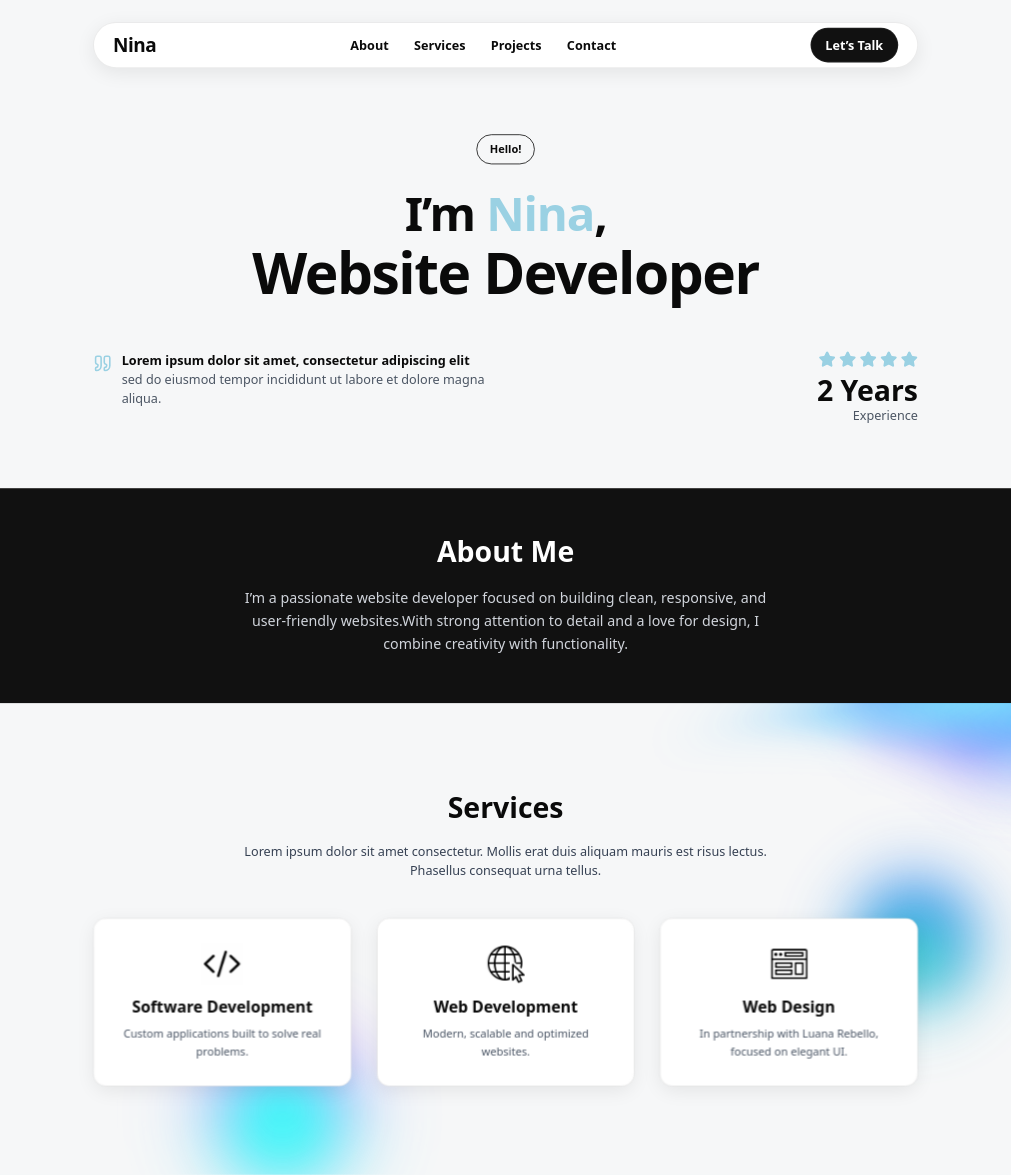
Repository: nina-rebello/portfolio
Page: /
An editor plug-in stored every save of this project. The page is shown before and after the next save, followed by the edit.
The browser window is 1280 px wide. The pictures show the whole page, at 79% of full size.
The project was rebuilt for these pictures with package versions that can differ from the ones it lists, and the page was loaded fresh each time. The framework's server and built-in components were replaced by stand-ins that run in the browser. Also part of the build but not shown: next.config.ts.

Above is the page before, as saved 2025-09-11 16:05:33.

### app/page.tsx
// app/page.tsx
import Header from "@/components/header/Header";
import AboutMe from "@/components/sections/About";
import Hero from "@/components/sections/Hero";
import Services from "@/components/sections/Services";

export default function HomePage() {
  return (
    <>
      <Header />
      <main>
        <Hero />
        <AboutMe />
        <Services />
      </main>
    </>
  );
}

### app/globals.css
@import "tailwindcss";
/* app/(styles)/header.css */
:root{
  --bg:#f6f7f8;           /* fundo clarinho do mock */
  --ink:#0a0a0a;          /* texto principal */
  --muted:#4b5563;        /* texto secundário */
  --pill:#ffffff;         /* fundo do header/cta pill */
  --brand:#9ad1e3;        /* azul do “Nina” e estrelas */
}

html,body{background:var(--bg); color:var(--ink);}

/* helpers */
.container-hero{max-width:1100px; margin-inline:auto; padding-inline:clamp(16px,3vw,28px);}
.glass{
  background:var(--pill);
  border:1px solid rgba(0,0,0,.08);
  box-shadow:0 6px 24px rgba(0,0,0,.08);
}
.btn-pill{
  border-radius:9999px; padding:10px 18px; font-weight:600;
  background:#111; color:#fff; border:1px solid rgba(255,255,255,.1);
  transition:transform .15s ease, box-shadow .15s ease, opacity .2s ease;
}
.btn-pill:hover{ transform:translateY(-1px); box-shadow:0 8px 24px rgba(0,0,0,.18);}
.nav-link{ padding:10px 14px; border-radius:12px; font-weight:600; }
.nav-link:hover{ background:rgba(0,0,0,.04); }

### components/header/Header.tsx
"use client";

import Link from "next/link";
import { useState, useEffect } from "react";
import { Menu, X } from "lucide-react";

const NAV = [
  { label: "About", href: "#about" },
  { label: "Services", href: "#services" },
  { label: "Projects", href: "#projects" },
  { label: "Contact", href: "#contact" },
];

export default function Header() {
  const [open, setOpen] = useState(false);

  // fecha o menu ao navegar/scroll
  useEffect(() => {
    const close = () => setOpen(false);
    window.addEventListener("scroll", close);
    return () => window.removeEventListener("scroll", close);
  }, []);

  return (
    <header className="sticky top-7 z-50">
      <div className="container-hero">
        <div
          className="glass flex items-center justify-between rounded-[32px] px-4 sm:px-6 py-1.5"
          role="navigation"
          aria-label="Primary"
        >
          {/* logo / nome */}
          <Link href="/" className="font-bold tracking-tight text-xl sm:text-2xl">
            Nina
          </Link>

          {/* desktop nav */}
          <nav className="hidden md:flex items-center gap-1">
            {NAV.map((i) => (
              <a key={i.href} href={i.href} className="nav-link">
                {i.label}
              </a>
            ))}
          </nav>

          {/* CTA */}
          <div className="hidden md:block">
            <a href="#contact" className="btn-pill">Let’s Talk</a>
          </div>

          {/* mobile toggle */}
          <button
            aria-label="Abrir menu"
            className="md:hidden p-2 rounded-xl hover:bg-black/5"
            onClick={() => setOpen((v) => !v)}
          >
            {open ? <X /> : <Menu />}
          </button>
        </div>

        {/* mobile sheet */}
        {open && (
          <div className="md:hidden mt-2 glass rounded-3xl p-3">
            <nav className="grid gap-1">
              {NAV.map((i) => (
                <a
                  key={i.href}
                  href={i.href}
                  className="nav-link"
                  onClick={() => setOpen(false)}
                >
                  {i.label}
                </a>
              ))}
              <a href="#contact" className="btn-pill text-center mt-1">
                Let’s Talk
              </a>
            </nav>
          </div>
        )}
      </div>
    </header>
  );
}

### components/sections/About.tsx
export default function AboutMe() {
  return (
    <section id="about" className="bg-[#111] text-white  py-11 sm:py-15 mt-4 sm:mt-20">
      <div className="container-hero text-center">
        <h2 className="text-3xl sm:text-4xl font-extrabold mb-6">
          About Me
        </h2>
        <p className="max-w-2xl mx-auto text-lg text-gray-300 leading-relaxed">
          I’m a passionate website developer focused on building
          clean, responsive, and user-friendly websites.
          {/* <br /> */}
          With strong attention to detail and a love for design,
          I combine creativity with functionality.
        </p>
      </div>
    </section>
  );
}

### components/sections/Hero.tsx
import { Quote, Star } from "lucide-react";

function HelloBubble() {
  return (
    <div className="inline-flex items-center gap-2">
      <span className="inline-flex items-center justify-center rounded-full border px-4 py-2 text-sm font-semibold">
        Hello!
      </span>
    </div>
  );
}

export default function Hero() {
  return (
    <section className="pt-20 sm:pt-28">
      <div className="container-hero">
        {/* bloco principal */}
        <div className="text-center">
          <div className="mb-6 sm:mb-8">
            <HelloBubble />
          </div>

          <p className="text-4xl sm:text-5xl md:text-6xl font-bold tracking-tight">
            I’m{" "}
            <span style={{ color: "var(--brand)" }}>
              Nina
            </span>
            ,
          </p>
          <h1 className="mt-2 text-4xl sm:text-6xl md:text-7xl font-bold tracking-tight">
            Website Developer
          </h1>
        </div>

        {/* faixa inferior: quote esquerda / rating direita */}
        <div className="mt-16 grid grid-cols-1 md:grid-cols-2 gap-8 items-start">
          {/* quote */}
          <div className="flex gap-3">
            <div className="mt-1">
              <Quote className="text-[var(--brand)]" />
            </div>
            <div>
              <p className="font-semibold">
                Lorem ipsum dolor sit amet, consectetur adipiscing elit
              </p>
              <p className="text-[var(--muted)]">
                sed do eiusmod tempor incididunt ut labore et dolore magna aliqua.
              </p>
            </div>
          </div>

          {/* rating / experiência */}
          <div className="flex md:justify-end">
            <div className="text-right">
              <div className="flex justify-end gap-1 mb-2" aria-label="5 out of 5 stars">
                {Array.from({ length: 5 }).map((_, i) => (
                  <Star key={i} className="text-[var(--brand)]" fill="currentColor" size={22} />
                ))}
              </div>
              <div className="text-3xl sm:text-4xl font-bold">2 Years</div>
              <div className="text-[var(--muted)]">Experience</div>
            </div>
          </div>
        </div>
      </div>
    </section>
  );
}

### components/sections/Services.tsx
import Image from "next/image";
import { Code, Globe, Layout } from "lucide-react";

const services = [
  {
    icon: "/icons/icons8-source-code-96.png",
    title: "Software Development",
    desc: "Custom applications built to solve real problems.",
  },
  {
    icon: "/icons/icons8-internet-100.png",
    title: "Web Development",
    desc: "Modern, scalable and optimized websites.",
  },
  {
    icon: "/icons/icons8-web-100.png",
    title: "Web Design",
    desc: "In partnership with Luana Rebello, focused on elegant UI.",
  },
];
export default function Services() {
  return (
    <section id="services" className="relative overflow-hidden py-28">
      {/* === background gradients === */}
      <div className="absolute inset-0 z-0 pointer-events-none select-none">
        <Image
          src="/gradients/light-leak-blur-transparent-free-png.png"
          alt=""
          width={1400}
          height={1000}
          className="absolute -top-82 left-200 w-[1000px] opacity-80"
          priority
        />
        <Image
          src="/gradients/blur-gradient-purple.png"
          alt=""
          width={1200}
          height={1200}
          className="absolute -bottom-40 left-[8%] w-[520px] opacity-70"
        />
        <Image
          src="/gradients/blur-gradient.png"
          alt=""
          width={600}
          height={600}
          className="absolute top-24 -right-28 w-[460px] opacity-70"
        />
      </div>

      {/* === conteúdo (fica acima do fundo) === */}
      <div className="container-hero relative z-10 text-center">
        <h2 className="text-3xl sm:text-4xl font-extrabold mb-6">Services</h2>
        <p className="max-w-2xl mx-auto mb-12 text-gray-700">
          Lorem ipsum dolor sit amet consectetur. Mollis erat duis aliquam
          mauris est risus lectus. Phasellus consequat urna tellus.
        </p>

        <div className="grid gap-8 sm:grid-cols-2 lg:grid-cols-3">
          {services.map((s) => (
            <div
              key={s.title}
              className="glass p-8 rounded-2xl backdrop-blur-md hover:shadow-xl transition"
            >
              <Image
                src={s.icon}
                alt={s.title}
                width={50}
                height={50}
                className="mx-auto mb-4"
              />
              <h3 className="font-bold text-xl mb-2">{s.title}</h3>
              <p className="text-gray-600 text-sm leading-relaxed">{s.desc}</p>
            </div>
          ))}
        </div>
      </div>
    </section>
  );
}

Loaded but not shown: app/layout.tsx (common file)

After the next save:
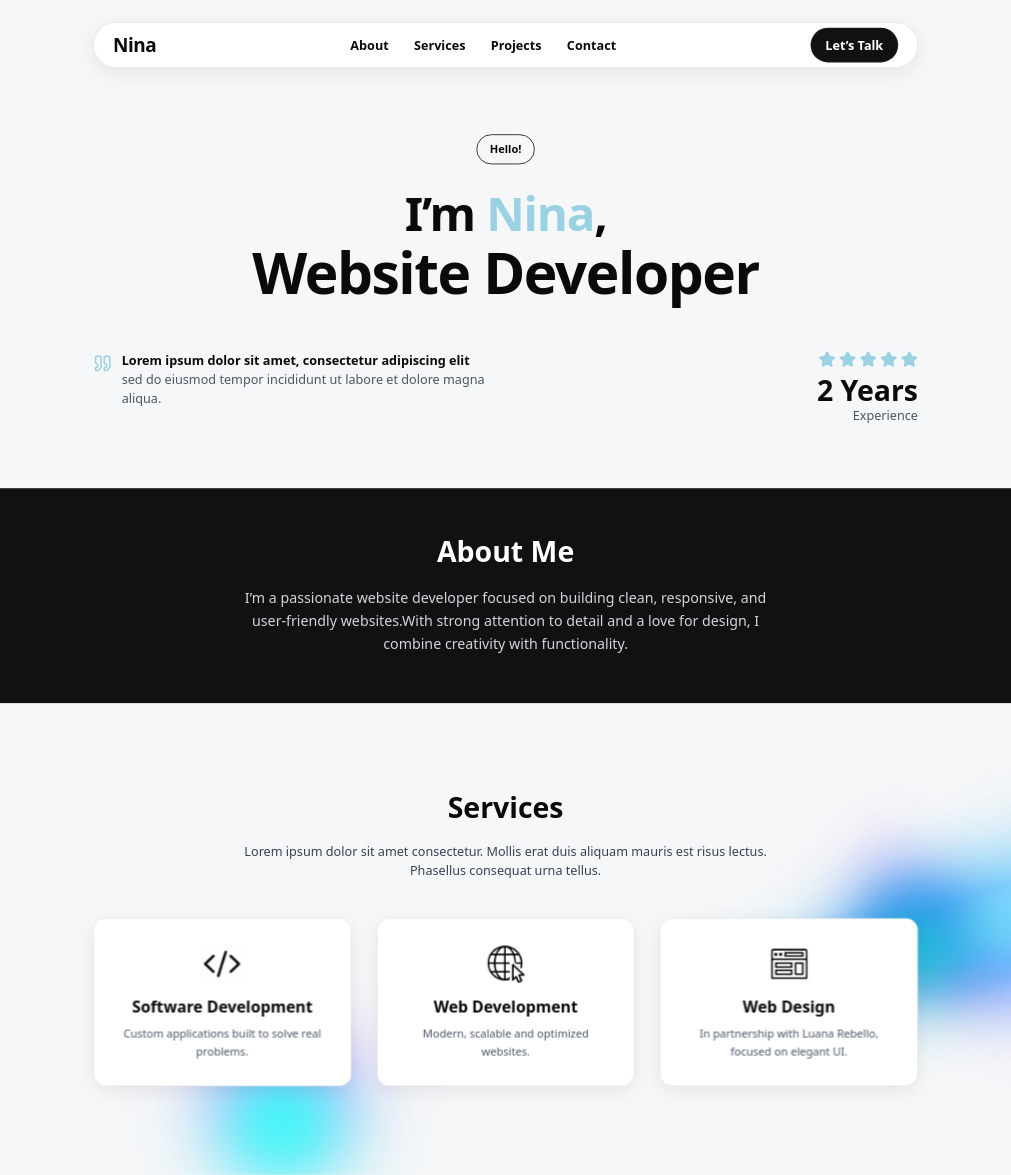
Saved 9 s later.
--- a/components/sections/Services.tsx
+++ b/components/sections/Services.tsx
@@ -28,7 +28,7 @@ export default function Services() {
           alt=""
           width={1400}
           height={1000}
-          className="absolute -top-82 left-200 w-[1000px] opacity-80"
+          className="absolute -top-8 left-200 w-[1000px] opacity-80"
           priority
         />
         <Image
